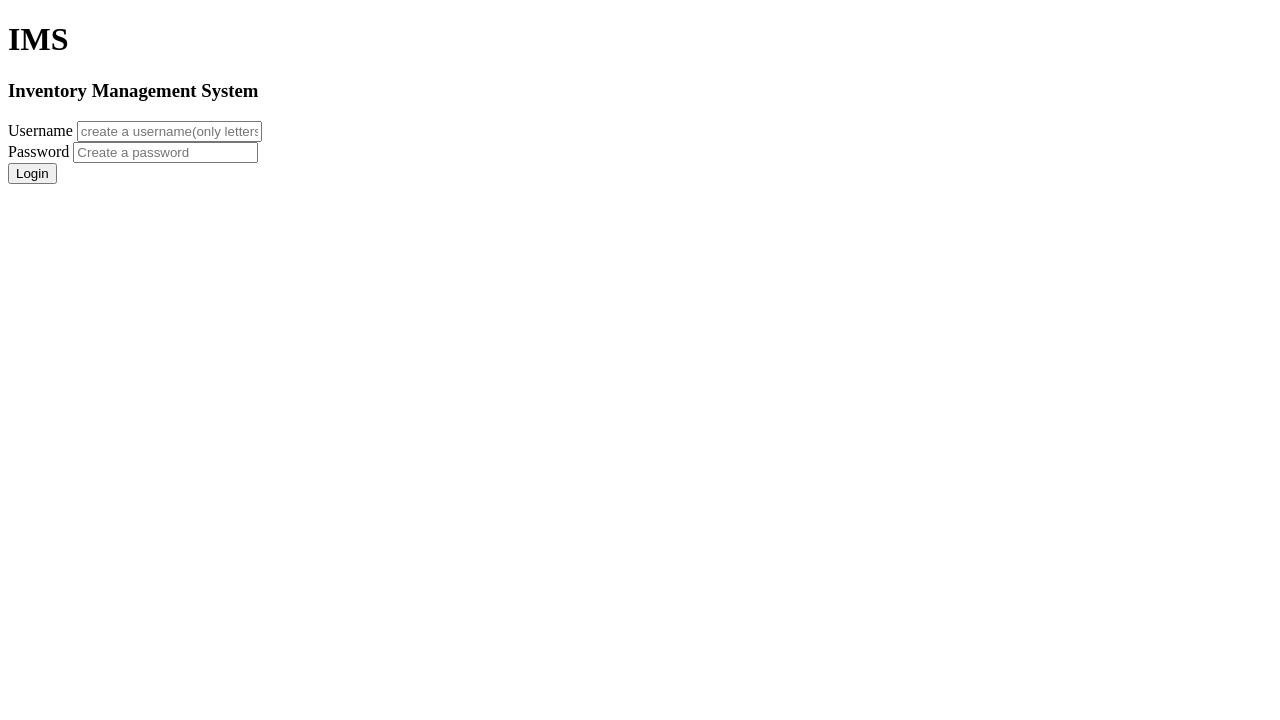
Repository: DHYEY3559/CVM-Project
Page: http://localhost/signin
The author's editor kept a copy of each file at every save. The page is drawn from the files as they stood at one save, then again after the next save.
The browser window is 1280 px wide. The pictures show the whole page.
The page is served by the project's application, run on Django 5.2 (manage.py).

Above is the page before, as saved 2024-06-25 14:30:42.

After the next save:
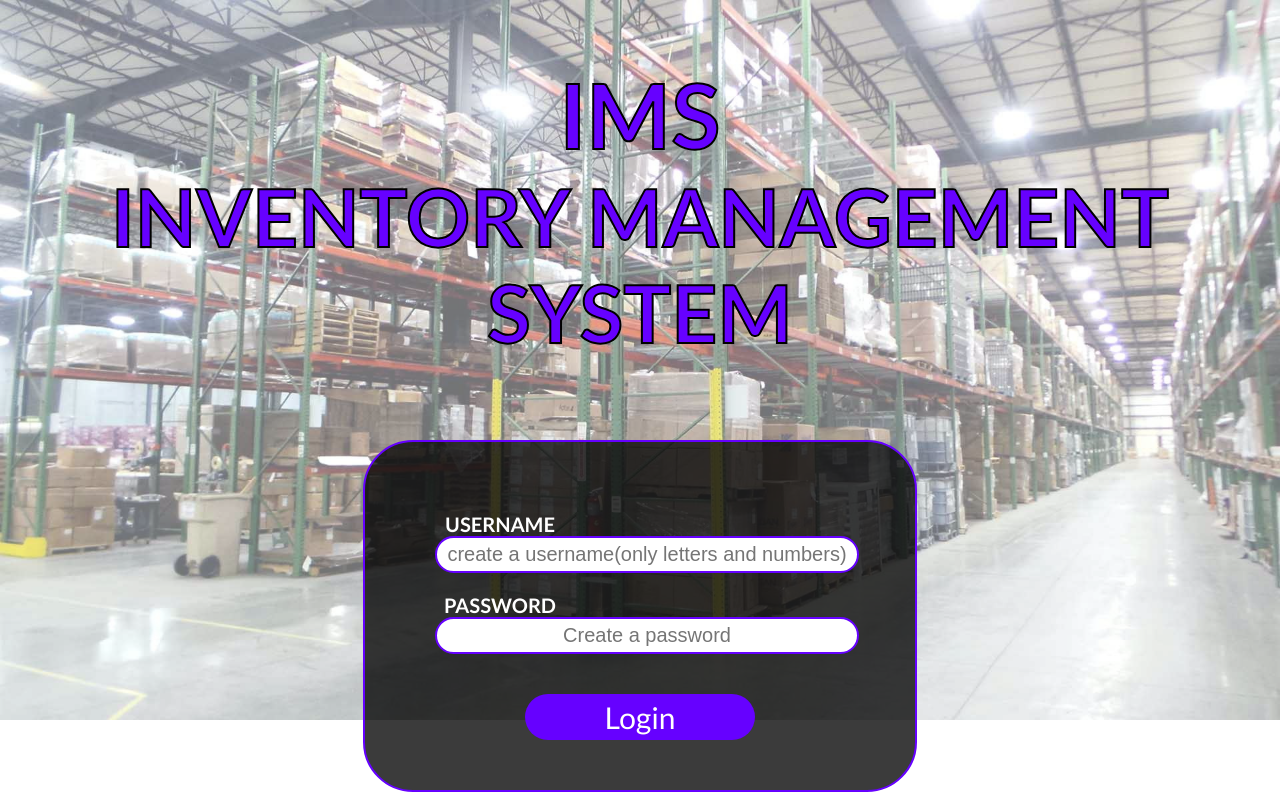
Saved 85 s later.
--- a/Login website/templates/auth/signin.html
+++ b/Login website/templates/auth/signin.html
@@ -37,7 +37,97 @@
         </form>
         </div>
     </div>
-        </form>
+
+
+    <style>
+        .background {
+            position: absolute;
+            top: 0;
+            left: 0;
+            width: 100%;
+            min-height: 100vh;
+            background-image: url('../images/login-bg.jpg') ;
+            background-repeat: no-repeat;
+            background-size: cover;
+            z-index: -1;
+            filter: blur(0px);
+            opacity: 0.55;
+        }
+
+        div.loginHeader {
+            text-align: center;
+            font-family: 'Trebuchet MS', 'Lucida Sans Unicode', 'Lucida Grande', 'Lucida Sans', Arial, sans-serif
+        }
+
+        div.loginHeader h1 {
+            font-size: 90px;
+            font-weight: bolder;
+            color: #6601ff;
+            margin-bottom: 0%;
+            -webkit-text-stroke: 2px #000000;
+        }
+
+        div.loginHeader h3 {
+            font-size: 80px;
+            font-weight: bolder;
+            color: #6601ff;
+            margin-top: 0%;
+            text-transform: uppercase;
+            -webkit-text-stroke: 2px #000000;
+        }
+
+        div.loginBody form {
+            margin:0 auto;
+            width: 450px;
+            background: rgba(0, 0, 0, 0.77);
+            padding: 50px;
+            border: 2px solid #6601ff ;
+            border-radius: 50px;
+        }
+        div.loginInputsContainer {
+            margin: 20px;
+            font-family: 'Trebuchet MS', 'Lucida Sans Unicode', 'Lucida Grande', 'Lucida Sans', Arial, sans-serif;
+        }
+
+        div.loginInputsContainer label {
+            display: block;
+            text-transform: uppercase;
+            font-size: 20px;
+            font-weight: bold;
+            color:#ffffff;
+            text-align: center;
+            text-indent: -280px;
+        }
+
+        div.loginInputsContainer input {
+            height: fit-content;
+            width: 100%;
+            border: 2px#6601ff solid;
+            font-size: 20px;
+            padding: 5px;
+            text-align: center;
+            border-radius: 20px;
+        }
+
+        div.loginButtonContainer {
+            margin-top: 40px;
+            text-align: center;
+        }
+
+        div.loginButtonContainer button {
+            font-size: 30px;
+            padding: 5px 80px;
+            background:#6601ff;
+            color:#ffffff;
+            border: none;
+            border-radius: 30px;
+            font-family: 'Trebuchet MS', 'Lucida Sans Unicode', 'Lucida Grande', 'Lucida Sans', Arial, sans-serif;
+        }
+    </style>
+
+
+
+
 
         <script src="" async defer></script>
     </body>
